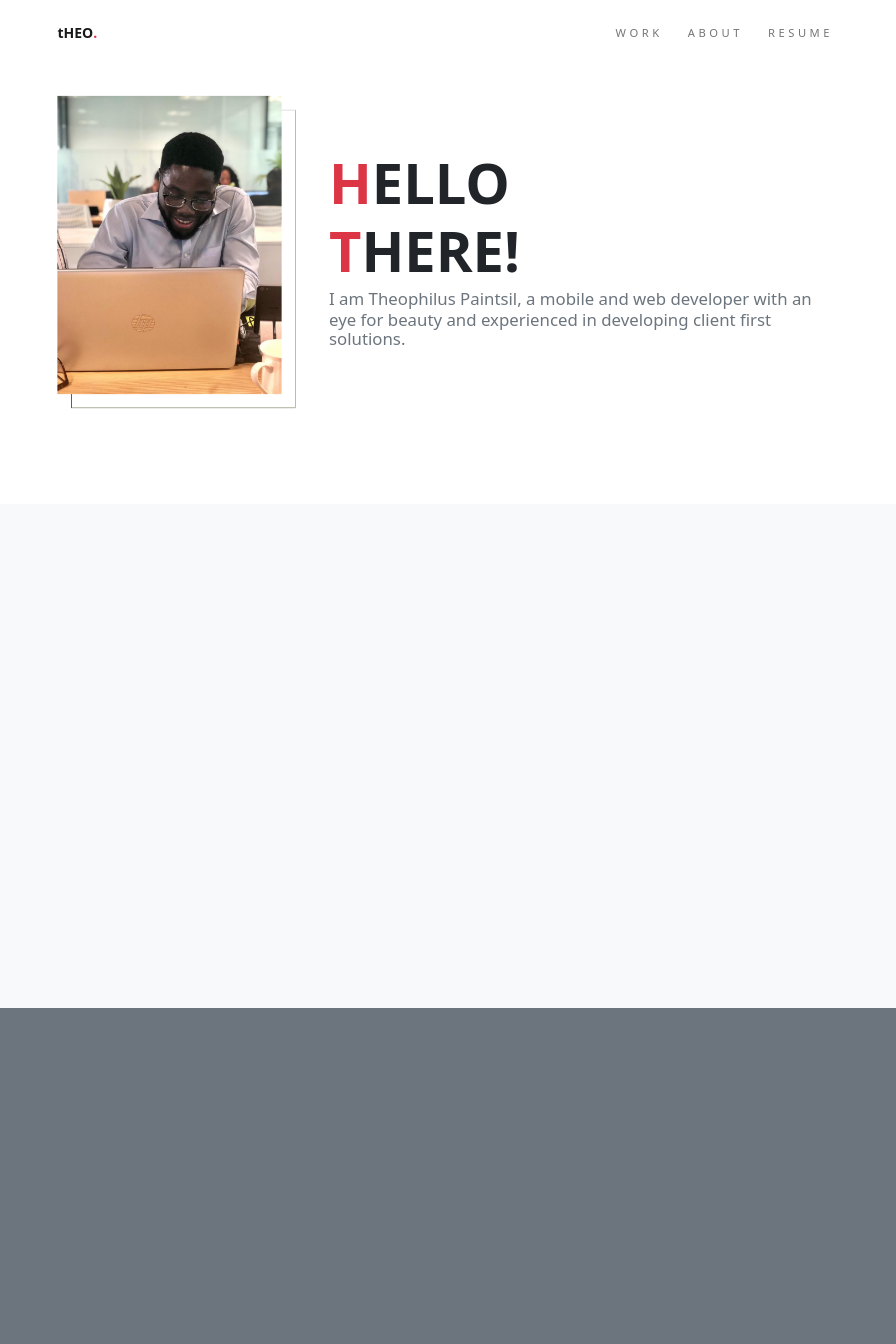
Repository: tHEO2k17/portfolio
Page: /
The author's editor kept a copy of each file at every save. The page is drawn from the files as they stood at one save, then again after the next save.
The browser window is 1280 px wide. The pictures show the part of the page from y = 0 to 1920 px (the page is 3000 px tall), at 70% of full size.
The project was rebuilt for these pictures with package versions that can differ from the ones it lists, and the page was loaded fresh each time.

Above is the page before, as saved 2021-07-22 07:48:15.

### public/index.html
<!DOCTYPE html>
<html lang="en">
  <head>
    <meta charset="utf-8" />
    <link rel="icon" href="%PUBLIC_URL%/favicon.ico" />
    <meta name="viewport" content="width=device-width, initial-scale=1" />
    <meta name="theme-color" content="#000000" />
    <meta
      name="description"
      content="Web site created using create-react-app"
    />
    <link rel="apple-touch-icon" href="%PUBLIC_URL%/logo192.png" />
    <link rel="manifest" href="%PUBLIC_URL%/manifest.json" />
    <title>Theophilus Paintsil - Portfolio</title>
  </head>
  <body>
    <noscript>You need to enable JavaScript to run this app.</noscript>
    <div id="root"></div>
  </body>
</html>

### src/index.tsx
import React from 'react';
import ReactDOM from 'react-dom';
import './index.scss';
import App from './presentation/App';

ReactDOM.render(
  <React.StrictMode>
    <App />
  </React.StrictMode>,
  document.getElementById('root')
);

### src/index.scss
@import '~bootstrap/scss/bootstrap.scss';

.navbar-light .navbar-nav{
    padding: 1.2rem 0rem;
}

.navbar-light .navbar-nav .nav-link {
   letter-spacing: 5px;
}

.navbar-light .navbar-nav .nav-link:not(:last-child) {
    margin-right: 20px;
 }

### src/presentation/App.tsx
import React from 'react';
import { Switch, Route, BrowserRouter as Router, } from 'react-router-dom';
import HomePage from './pages/HomePage';

function App() {
  return (
    <Router>
      <Switch>
        <Route exact path="/" component={HomePage} />
      </Switch>
    </Router>
  );
}

export default App;

### src/presentation/pages/HomePage.tsx
import { Col, Container, Nav, Navbar, Row, Image } from "react-bootstrap";

export default function HomePage() {
    return (
        <>
            <Navbar expand="lg" fixed="top" variant="light">
                <Container>
                    <Navbar.Brand href="#home">
                        <span className="fw-bold">tHEO<b className="text-danger">.</b></span>
                    </Navbar.Brand>
                    <Navbar.Toggle />
                    <Navbar.Collapse>
                        <Nav className="ms-auto">
                            <Nav.Link href="#home">WORK</Nav.Link>
                            <Nav.Link href="#home">ABOUT</Nav.Link>
                            <Nav.Link href="#link">RESUME</Nav.Link>
                        </Nav>
                    </Navbar.Collapse>
                </Container>
            </Navbar>

            <header className="min-vh-100">
                <Container>
                    <Row className="align-items-center min-vh-100 my-auto gx-5">
                        <Col md="4"> <Image src="assets/images/theo.png" fluid /> </Col>
                        <Col>
                            <h1 className="display-1 fw-bold">
                                <b className="text-danger">H</b>ELLO <br />
                                <b className="text-danger">T</b>HERE!
                            </h1>
                            <h4 className="fw-light text-muted">
                                I am Theophilus Paintsil, a mobile and web developer with an eye for beauty and experienced in developing client first solutions.
                            </h4>
                        </Col>
                    </Row>
                </Container>
            </header>

            <section className="bg-light min-vh-100">
                {/* skills and tools */}
            </section>

            <section className="bg-secondary min-vh-100">
                {/* employment history */}
            </section>

            <section className="bg-light min-vh-100">
                {/* work gallery */}
            </section>

            <footer className="bg-dark text-white">
                <Container className="py-5">
                    <Row>
                        <Col>&copy; {new Date().getFullYear()} Theophilus Paintsil. All rights reserved </Col>
                    </Row>
                </Container>
            </footer>

        </>
    );
}

After the next save:
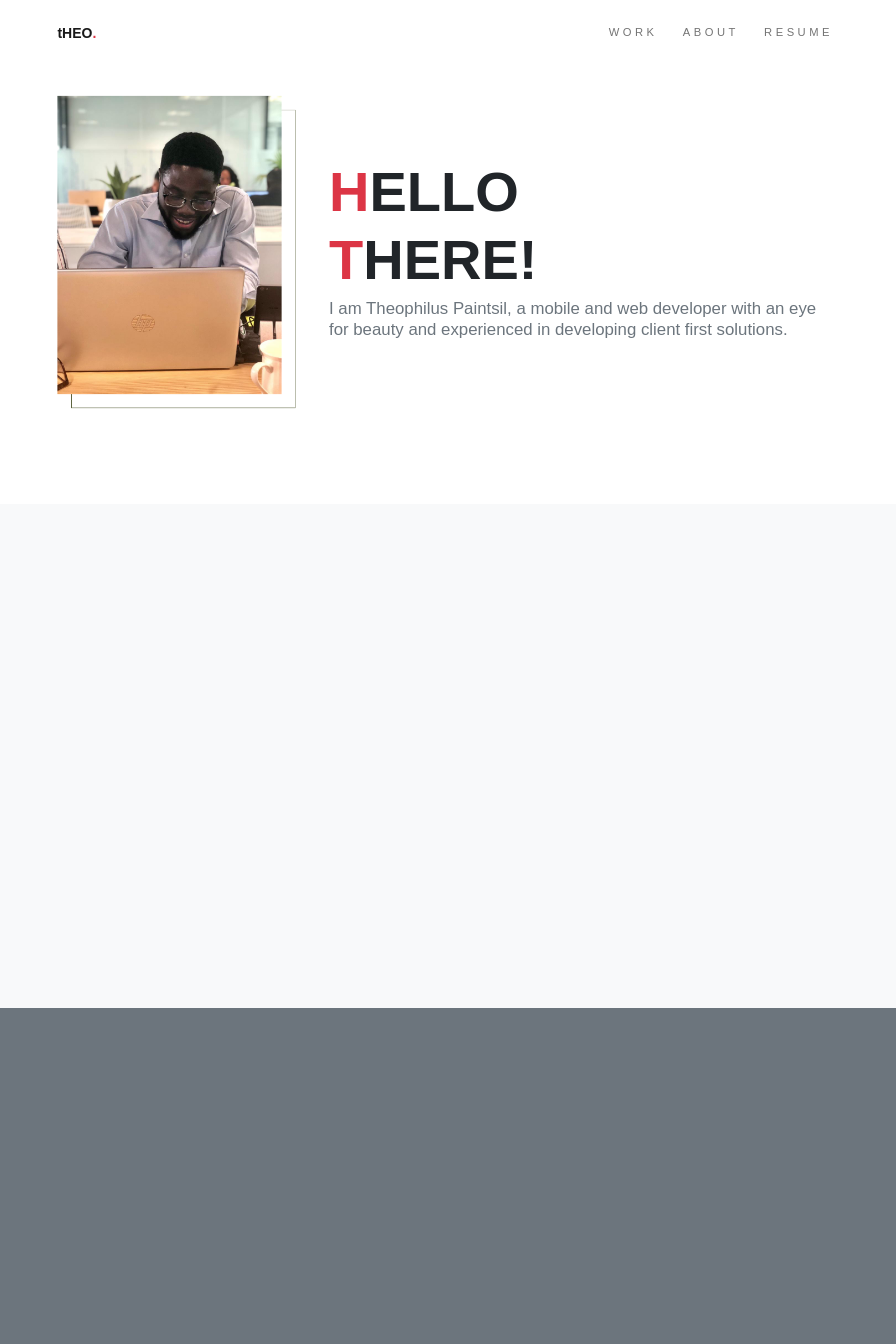
Saved 11 min 7 s later.
--- a/src/index.scss
+++ b/src/index.scss
@@ -1,5 +1,9 @@
 @import '~bootstrap/scss/bootstrap.scss';
 
+body{
+    font-family: Arial, Helvetica, sans-serif;
+}
+// Navbar
 .navbar-light .navbar-nav{
     padding: 1.2rem 0rem;
 }
